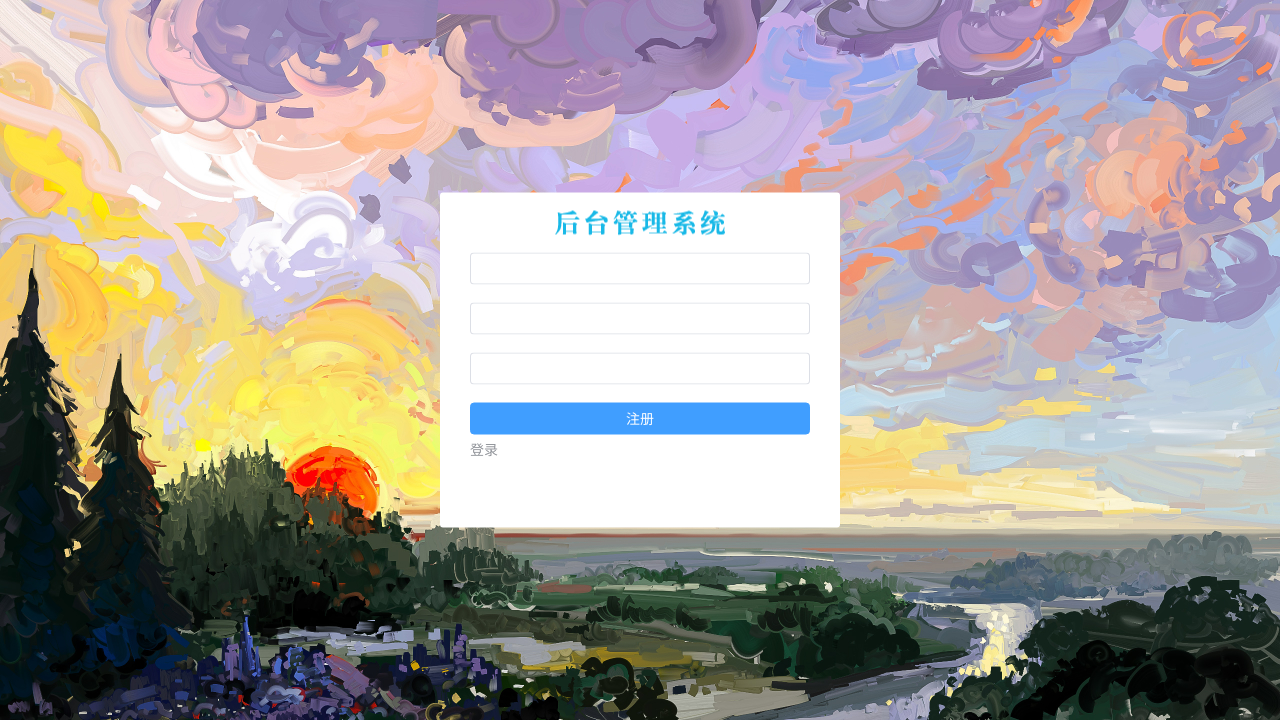
Repository: hnwj/big-event
Page: /reg
An editor plug-in stored every save of this project. The page is shown before and after the next save, followed by the edit.
The browser window is 1280 px wide. The pictures show the whole page.
The project was rebuilt for these pictures with package versions that can differ from the ones it lists, and the page was loaded fresh each time. Also part of the build but not shown: vue.config.js, src/views/login.vue.

Above is the page before, as saved 2023-03-19 12:58:44.

### src/main.js
import { createApp } from 'vue'
import App from './App.vue'
import router from './router'
import store from './store'
import ElementPlus from 'element-plus'
import 'element-plus/dist/index.css'

// 导入基础的css文件
import '@/assets/global.less'

const app = createApp(App)
app.use(store)
app.use(router)
app.mount('#app')
app.use(ElementPlus)

### src/App.vue
<template>
  <router-view />
</template>

<style lang="less">
#app {
  height: 100%;
}
</style>

### src/router/index.js
import { createRouter, createWebHistory } from 'vue-router'
import Login from '@/views/login'
import Register from '@/views/register'

const routes = [
  {
    name: 'login',
    path: '/login',
    component: Login
  },
  {
    name: 'register',
    path: '/reg',
    component: Register
  }
]

const router = createRouter({
  history: createWebHistory(process.env.BASE_URL),
  routes
})

export default router

### src/assets/global.less
html,
body {
  margin: 0;
  padding: 0;
  height: 100%;
}

// 全局重置卡片的基础样式
.el-card.is-always-shadow,
.el-card.is-hover-shadow:focus,
.el-card.is-hover-shadow:hover {
  box-shadow: 0 1px 3px rgba(0, 0, 0, 0.1);
  // font-size: 13px;
}

### src/views/register.vue
<template>
  <!-- 注册整体盒子 -->
  <div class="reg-container">
    <div class="reg-box">
      <div class="title-box"></div>
      <!-- 注册部分 -->
      <el-form :model="state.regForm" ref="regRef" :rules="state.regRules">
        <el-form-item prop="state.regRules.username">
          <el-input v-model="state.regForm.username" />
        </el-form-item>
        <el-form-item prop="state.regRules.password">
          <el-input type="password" v-model="state.regForm.password" />
        </el-form-item>
        <el-form-item prop="state.regRules.repassword">
          <el-input type="password" v-model="state.regForm.repassword" />
        </el-form-item>
        <el-form-item>
          <el-button type="primary" class="btn-reg" @click="regNewUser"
            >注册</el-button
          >
          <el-link type="info">登录</el-link>
        </el-form-item>
      </el-form>
    </div>
  </div>
</template>

<script>
import { reactive, defineComponent } from 'vue'
// import { regAPI } from '@/api/user'
export default defineComponent({
  setup () {
    const samePwd = (rule, value, callback) => {
      if (value !== this.regForm.password) {
        callback(new Error('两次输入密码不一致'))
      } else {
        callback()
      }
    }
    const state = reactive({
      regForm: {
        username: '',
        password: '',
        repassword: ''
      },
      regRules: {
        username: [
          { required: true, message: '请输入用户名', trigger: 'blur' },
          { pattern: /^[a-zA-Z0-9]{1,10}$/, message: '用户名必须是1-10的字母数字', trigger: 'blur' }
        ],
        password: [
          { required: true, message: '请输入密码', trigger: 'blur' },
          { pattern: /^\S{6,15}$/, message: '密码必须是6-15的非空字符', trigger: 'blur' }
        ],
        repassword: [
          { required: true, message: '请再次输入密码', trigger: 'blur' },
          { pattern: /^\S{6,15}$/, message: '密码必须是6-15的非空字符', trigger: 'blur' },
          { validator: samePwd, trigger: 'blur' }
        ]
      },

    })
    function regNewUser () {
      console.log('this', this)
      this.$refs.regRef.validate(valid => {
        if (!valid) return
        console.log('ok')
      })
    }
    return { state, regNewUser }
  }
})
</script>

<style lang="less" scoped>
.reg-container {
  background: url('../../src/assets/images/bg2.jpg') no-repeat;
  background-size: cover;
  height: 100%;
  .reg-box {
    position: absolute;
    width: 400px;
    height: 335px;
    background-color: #fff;
    border-radius: 3px;
    left: 50%;
    top: 50%;
    transform: translate(-50%, -50%);
    padding: 0 30px;
    box-sizing: border-box;
    .title-box {
      height: 60px;
      background: url('../../src/assets/images/login_title.png') no-repeat
        center;
    }
    .btn-reg {
      width: 100%;
    }
  }
}
</style>

Loaded but not shown: public/index.html (common file); src/store/index.js (common file)

After the next save:
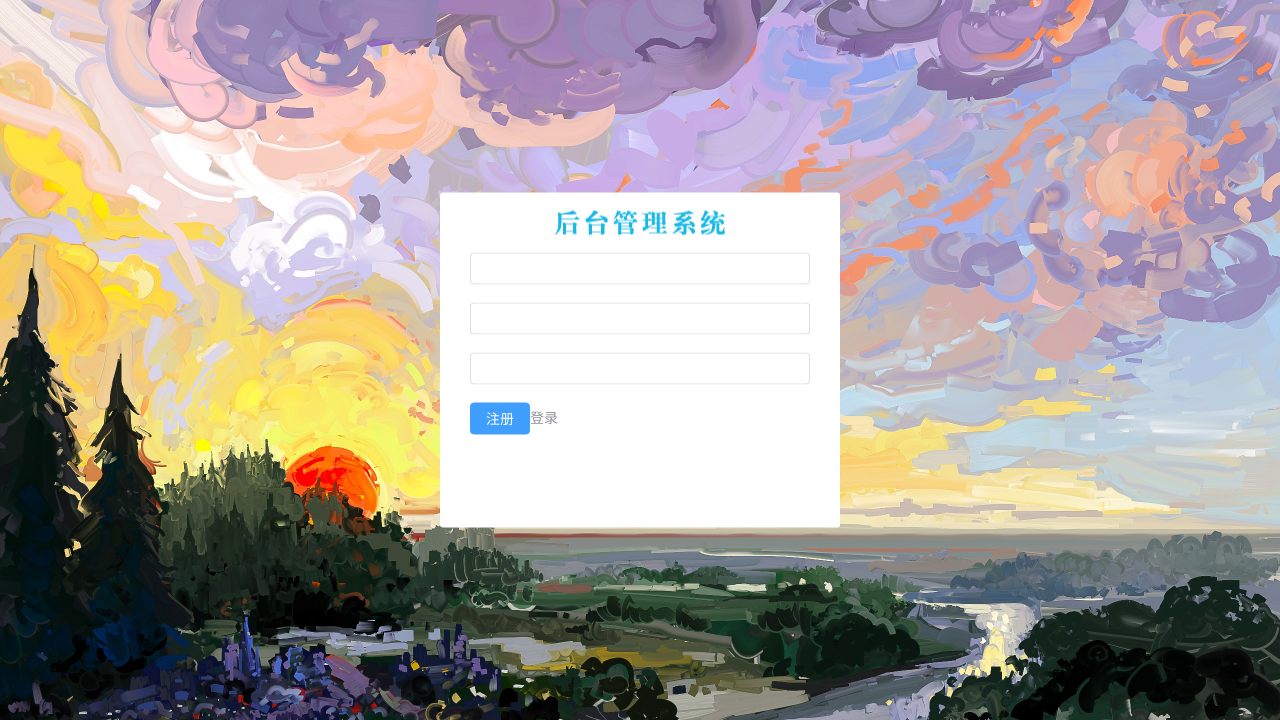
Saved 6 h 14 min later.
--- a/src/views/register.vue
+++ b/src/views/register.vue
@@ -15,7 +15,7 @@
           <el-input type="password" v-model="state.regForm.repassword" />
         </el-form-item>
         <el-form-item>
-          <el-button type="primary" class="btn-reg" @click="regNewUser"
+          <el-button type="primary" class="btn-reg(regForm)" @click="regNewUser"
             >注册</el-button
           >
           <el-link type="info">登录</el-link>
